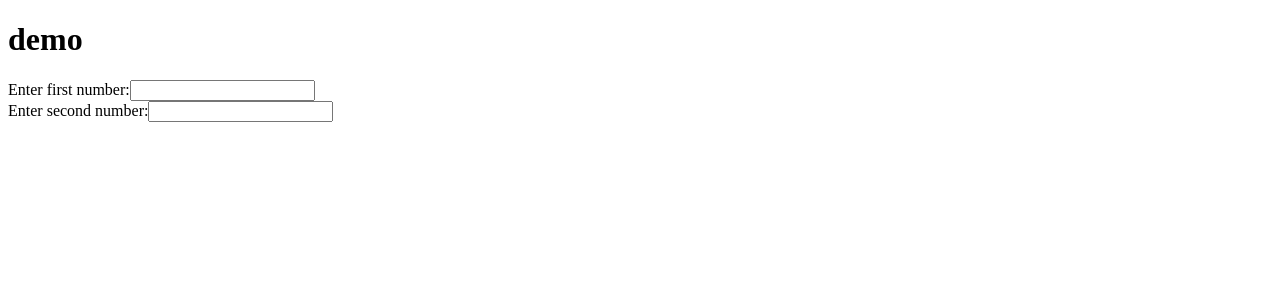
Repository: aneeq1102/java6rth
Page: http://localhost/DemoProject/
The author's editor kept a copy of each file at every save. The page is drawn from the files as they stood at one save, then again after the next save.
The browser window is 1280 px wide. The pictures show the whole page.
The page is served by Tomcat 9. Other server files are loaded and not shown.

Above is the page before, as saved 2022-08-09 21:06:46.

### DemoProject/src/main/webapp/index.jsp
<%@ page language="java" contentType="text/html; charset=ISO-8859-1"
    pageEncoding="ISO-8859-1"%>
<!DOCTYPE html>
<html>
<head>
<meta charset="ISO-8859-1">
<title>Insert title here</title>
</head>
<body>
<form action="add">
	<h1>demo</h1>
	Enter first number:<input type="text" name="num1"><br/>
	Enter second number:<input type="text" name="num1"><br/>
	<input type="submit>

</form>
</body>
</html>

After the next save:
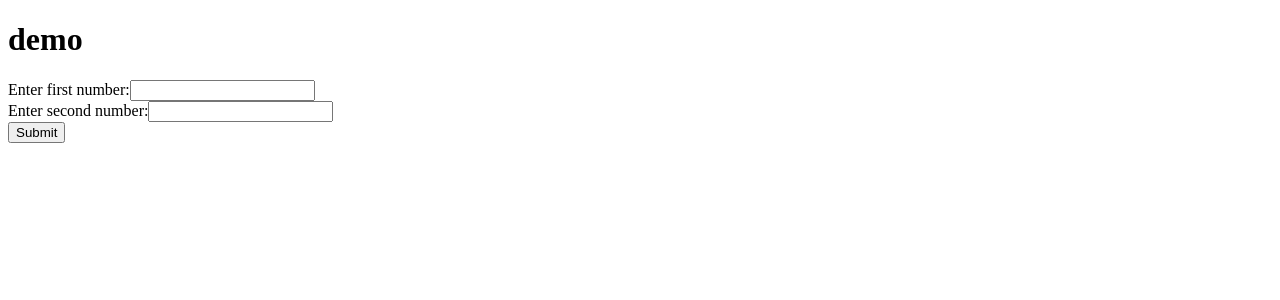
Saved 9 s later.
--- a/DemoProject/src/main/webapp/index.jsp
+++ b/DemoProject/src/main/webapp/index.jsp
@@ -11,7 +11,7 @@
 	<h1>demo</h1>
 	Enter first number:<input type="text" name="num1"><br/>
 	Enter second number:<input type="text" name="num1"><br/>
-	<input type="submit>
+	<input type="submit">
 
 </form>
 </body>
